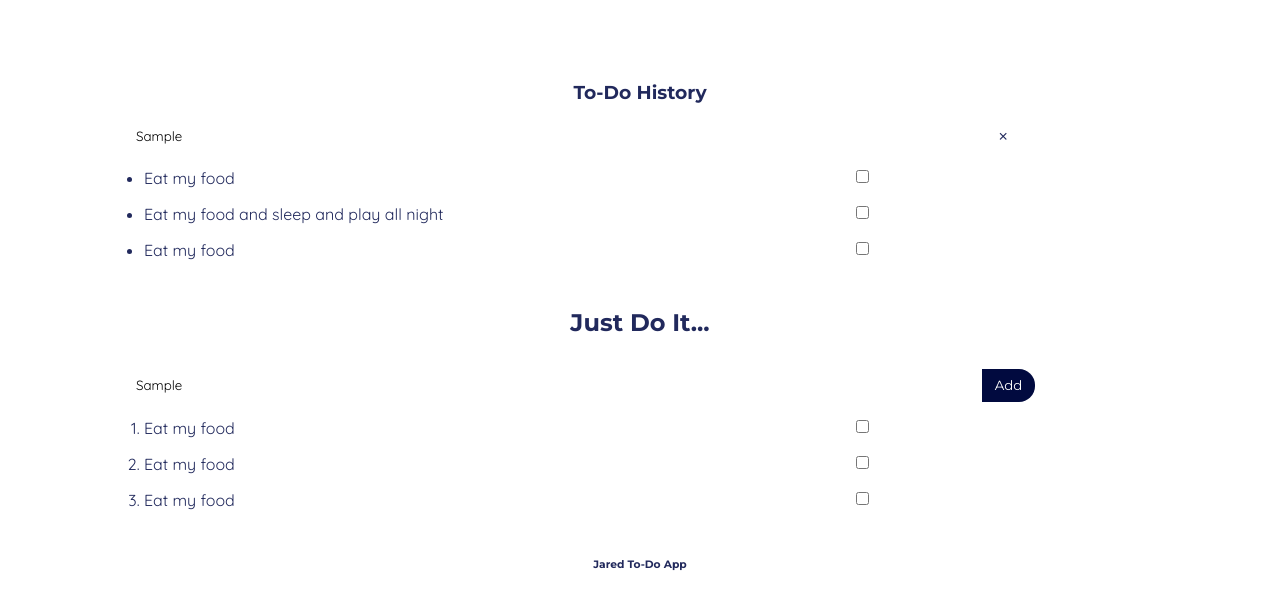
Repository: EguJaredoBoyd/Jared-ToDo-App
Page: main.html
The author's editor kept a copy of each file at every save. The page is drawn from the files as they stood at one save, then again after the next save.
The browser window is 1280 px wide. The pictures show the whole page.
Empty fields were first filled with sample values (such as "Sample", 5 or name@example.com).
After loading, the first visible `#theme` was clicked once.
Some web libraries are served in a nearby version.

Above is the page before, as saved 2025-12-24 21:42:15.
Not found: js/to-do.j

### main.html
<!DOCTYPE html>
<html lang="en">
  <head>
    <meta charset="UTF-8" />
    <meta name="viewport" content="width=device-width, initial-scale=1.0" />
    <title>Document</title>
    <link
      href="https://cdn.jsdelivr.net/npm/remixicon@4.7.0/fonts/remixicon.css"
      rel="stylesheet"
    />
    <link rel="preconnect" href="https://fonts.googleapis.com" />
    <link rel="preconnect" href="https://fonts.gstatic.com" crossorigin />
    <link
      href="https://fonts.googleapis.com/css2?family=Montserrat:ital,wght@0,100..900;1,100..900&display=swap"
      rel="stylesheet"
    />
    <link rel="preconnect" href="https://fonts.googleapis.com" />
    <link rel="preconnect" href="https://fonts.gstatic.com" crossorigin />
    <link
      href="https://fonts.googleapis.com/css2?family=Quicksand:wght@300..700&display=swap"
      rel="stylesheet"
    />
    <link rel="stylesheet" href="./css/main.css" />
    <script src="./js/theme.js" defer></script>
    <script src="./js/to-do.j" defer></script>
  </head>

  <body id="body">
    <div class="body__todo-wrapper">
      <header>
        <button id="theme"><i class="ri-sun-line"></i></button>
      </header>

      <main>
        <section class="todo-history">
          <div>
            <h3>To-Do History</h3>
          </div>
          <div class="todo-history__icon">
            <div>
              <input type="text" placeholder="Search To-dos " />
              <button id="cancel-search-button">
                <i class="ri-close-line"></i>
              </button>
            </div>
            <button id="search-button"><i class="ri-search-line"></i></button>
          </div>
          <div>
            <ul>
              <div class="ul__list">
                <li>Eat my food</li>
                <button>
                  <input type="checkbox" name="checkbox" id="checkbox" />
                </button>
                <button><i class="ri-edit-line"></i></button>
                <button><i class="ri-delete-bin-line"></i></button>
              </div>
              <div class="ul__list">
                <li>Eat my food and sleep and play all night</li>
                <button>
                  <input type="checkbox" name="checkbox" id="checkbox" />
                </button>
                <button><i class="ri-edit-line"></i></button>
                <button><i class="ri-delete-bin-line"></i></button>
              </div>
              <div class="ul__list">
                <li>Eat my food</li>
                <button>
                  <input type="checkbox" name="checkbox" id="checkbox" />
                </button>
                <button>
                  <i class="ri-edit-line"></i>
                </button>
                <button>
                  <i class="ri-delete-bin-line"></i>
                </button>
              </div>
            </ul>
          </div>
        </section>

        <section class="todo-title">
          <div>
            <h2>Just Do It...</h2>
          </div>
        </section>

        <section class="todo-add-task">
          <div class="To-Do">
            <div class="To-Do__create">
              <input type="text" id="to-do" placeholder="Write a To-do" />
              <button id="add-task">Add</button>
            </div>

            <ol id="task-show" class="task-list">
              <div class="ol__list">
                <li>Eat my food</li>
                <button>
                  <input type="checkbox" name="checkbox" id="checkbox" />
                </button>
                <button><i class="ri-edit-line"></i></button>
                <button><i class="ri-delete-bin-line"></i></button>
              </div>
              <div class="ol__list">
                <li>Eat my food</li>
                <button>
                  <input type="checkbox" name="checkbox" id="checkbox" />
                </button>
                <button><i class="ri-edit-line"></i></button>
                <button><i class="ri-delete-bin-line"></i></button>
              </div>
              <div class="ol__list">
                <li>Eat my food</li>
                <button>
                  <input type="checkbox" name="checkbox" id="checkbox" />
                </button>
                <button><i class="ri-edit-line"></i></button>
                <button><i class="ri-delete-bin-line"></i></button>
              </div>
            </ol>
          </div>
        </section>
      </main>

      <footer>
        <div>
          <h6>Jared To-Do App</h6>
        </div>
      </footer>
    </div>
  </body>
</html>

### css/main.css
*,
*::before,
*::after {
  box-sizing: border-box;
  margin: 0;
  padding: 0;
}

:root {
  /* My project colours to use */
  --primary-color: #21295c;
  --secondary-color: #ffffff;

  /* Color for light background */
  --light-primary-color: var(--secondary-color);
  --light-secondary-color: var(--primary-color);

  /* My font size to use */
  --font-base: 16px;

  /* My spaces to use */
}

html {
  font-size: var(--font-base);
}

body {
  font-family: "Quicksand", sans-serif;
  max-width: 100%;
  width: 100vw;
  max-height: 100vh;
  background-color: var(--primary-color);
  color: var(--secondary-color);
}

body.light-theme {
  background-color: var(--light-primary-color);
  color: var(--light-secondary-color);
}

h2,
h3,
h6 {
  font-family: "Montserrat", sans-serif;
}

button {
  border: none;
  background: none;
  color: var(--secondary-color);
}

.body__todo-wrapper header {
  display: flex;
  justify-content: end;
  align-items: center;
}

.body__todo-wrapper header button {
  padding: 1rem;
}

.body__todo-wrapper header button i {
  font-size: 1rem;
}

main {
  display: flex;
  flex-direction: column;
  align-items: center;
  gap: 2rem;
  margin: 2rem 0;
  max-width: 100vw;
}

.todo-history {
  width: 80vw;
  position: relative;
}

.todo-history div h3 {
  text-align: center;
  margin-bottom: 1rem;
}

.todo-history__icon {
  display: flex;
}

.todo-history__icon div input {
  width: 70vw;
  border: none;
  outline: none;
  padding: 0.5rem;
  font-family: "Quicksand", sans-serif;
}

#cancel-search-button {
  position: relative;
  right: 2rem;
}

#cancel-search-button i {
  color: var(--primary-color);
}

#search-button {
  margin-left: -1rem;
  padding: 0.5rem;
}

.ul__list {
  display: flex;
  justify-content: space-between;
  align-items: center;
  margin: 1rem;
  width: 70vw;
}

.ul__list li {
  width: 50vw;
  max-width: 50vw;
}

.todo-add-task {
  width: 80vw;
}

.To-Do__create {
  max-width: 100vw;
}

.To-Do__create input {
  width: 67vw;
  border: none;
  outline: none;
  padding: 0.5rem;
  font-family: "Quicksand", sans-serif;
  border-top-left-radius: 1rem;
  border-bottom-left-radius: 1rem;
}

.To-Do__create input[type="text"]::placeholder {
  font-family: "Quicksand", sans-serif;
}

.To-Do__create button {
  margin-left: -0.5rem;
  padding: 0.52rem 0.8rem;
  font-family: "Montserrat", sans-serif;
  border-top-right-radius: 1rem;
  border-bottom-right-radius: 1rem;
  background-color: #010a3f;
}

.ol__list {
  display: flex;
  justify-content: space-between;
  align-items: center;
  margin: 1rem;
  width: 70vw;
}

.ol__list li {
  width: 50vw;
  max-width: 50vw;
}

footer div {
  text-align: center;
}

### js/theme.js
//Target the theme button
const theme = document.getElementById("theme");
const body = document.getElementById("body");

//Action to toggle theme class in-between
function toggleTheme() {
  theme.addEventListener("click", () => {
    body.classList.toggle("light-theme");
  });
}

toggleTheme();

After the next save:
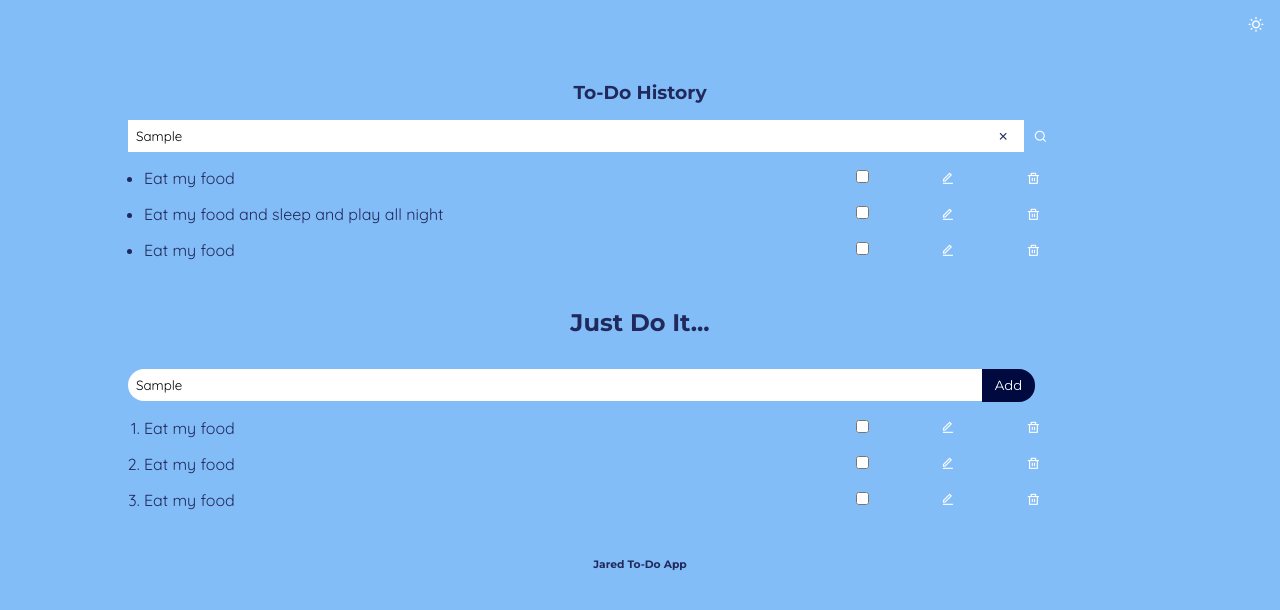
Saved 6 min 13 s later.
--- a/css/main.css
+++ b/css/main.css
@@ -35,7 +35,7 @@ body {
 }
 
 body.light-theme {
-  background-color: var(--light-primary-color);
+  background-color: #83bdf7;
   color: var(--light-secondary-color);
 }
 
